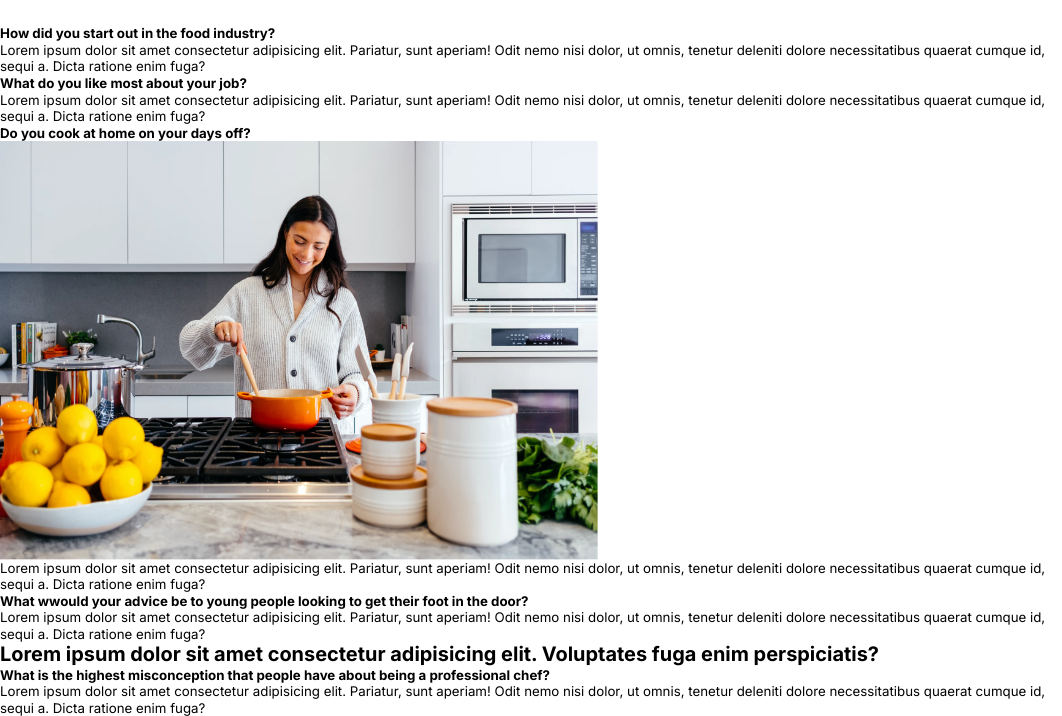
Repository: SolomonChinonso/Advanced-html-and-css-project
Page: blog.html
An editor plug-in stored every save of this project. The page is shown before and after the next save, followed by the edit.
The browser window is 1280 px wide. The pictures show the part of the page from y = 1171 to 2534 px (the page is 2034 px tall before and 2534 px after), at 83% of full size.

Above is the page before, as saved 2026-04-19 01:23:51.

### blog.html
<!DOCTYPE html>
<html lang="en">
<head>
    <meta charset="UTF-8">
    <meta name="viewport" content="width=device-width, initial-scale=1.0">
    <title>Document</title>
    <link rel="stylesheet" href="style.css">
    <link href="https://fonts.googleapis.com/css2?family=Lobster&display=swap" rel="stylesheet">
    <link href="https://fonts.googleapis.com/css2?family=Inter:wght@400;500;600;700&display=swap" rel="stylesheet">
</head>
<body>
    <header>
        <strong class="logo">Foodieland<em class="dot">.</em></strong>
        <nav>

            <ul>
                <li><a href="#">Home</a></li>
                <li><a href="#">Recipes</a></li>
                <li><a href="#">Blog</a></li>
                <li><a href="#">Contact</a></li>
                <li><a href="#">About Us</a></li>
            </ul>

        </nav>
        <section class="social-handles">
                <a href="#"><img src="./social-icons/001-facebook.png" alt="facebook" id="fb"></a>

                <a href="#"><img src="./social-icons/003-twitter.png" alt=""></a>

                <a href="#"><img src="./social-icons/004-instagram.png" alt=""></a>
        </section>
    </header>

    <section class="blog-section">
        <h1 class="blog-header">
            Full Guide to Becoming a Professional Chef
        </h1>

        <div class="editor">
            <div class="editor-profile">
                <img src="./social-icons/Ellipse 2 (1).png" alt="">
                <strong>John Smith</strong>
            </div>

            <div class="editor-date">
                <p>15 March 2022</p>
            </div>
        </div>

        <p class="head-text">
            Lorem, ipsum dolor sit amet consectetur adipisicing elit. Libero molestiae optio sit placeat perferendis in, rem quo adipisci soluta ipsam? Rerum, est autem.
        </p>

        <div class="dry-kitchen">
            <img src="./images/dry-kitchen.png" alt="">
        </div>
    </section>

    <main class="main-blog">
        <div class="query-section">
            <div class="query">
                <h4>
                    How did you start out in the food industry?
                </h4>
                <p>Lorem ipsum dolor sit amet consectetur adipisicing elit. Pariatur, sunt aperiam! Odit nemo nisi dolor, ut omnis, tenetur deleniti dolore necessitatibus quaerat cumque id, sequi a. Dicta ratione enim fuga?</p>
            </div>

            <div class="query">
                <h4>
                    What do you like most about your job?
                </h4>
                <p>Lorem ipsum dolor sit amet consectetur adipisicing elit. Pariatur, sunt aperiam! Odit nemo nisi dolor, ut omnis, tenetur deleniti dolore necessitatibus quaerat cumque id, sequi a. Dicta ratione enim fuga?</p>
            </div>

            <div class="query">
                <h4>
                    Do you cook at home on your days off?
                </h4>

                <img src="./images/wet-kitchen.png" alt="">
                <p>Lorem ipsum dolor sit amet consectetur adipisicing elit. Pariatur, sunt aperiam! Odit nemo nisi dolor, ut omnis, tenetur deleniti dolore necessitatibus quaerat cumque id, sequi a. Dicta ratione enim fuga?</p>
            </div>

            <div class="query">
                <h4>
                    What wwould your advice be to young people looking to get their foot in the door?
                </h4>
                <p>Lorem ipsum dolor sit amet consectetur adipisicing elit. Pariatur, sunt aperiam! Odit nemo nisi dolor, ut omnis, tenetur deleniti dolore necessitatibus quaerat cumque id, sequi a. Dicta ratione enim fuga?</p>
            </div>

            <div class="action">
                <h2>
                    Lorem ipsum dolor sit amet consectetur adipisicing elit. Voluptates fuga enim perspiciatis?
                </h2>
            </div>

            <div class="query">
                <h4>
                    What is the highest misconception that people have about being a professional chef?
                </h4>
                <p>Lorem ipsum dolor sit amet consectetur adipisicing elit. Pariatur, sunt aperiam! Odit nemo nisi dolor, ut omnis, tenetur deleniti dolore necessitatibus quaerat cumque id, sequi a. Dicta ratione enim fuga?</p>
            </div>
        </div>
    </main>
</body>
</html>

### style.css
* {
  margin: 0;
  padding: 0;
  box-sizing: border-box;
}

body {
  width: 100%;
  font-family: Inter, sans-serif;
  background-color: #ffffff;
}

header {
  display: flex;
  justify-content: space-between;
  align-items: center;
  padding: 15px 20px;
  border-bottom: 1px solid #e5e7eb;

}

.logo {
  font-family: Lobster, cursive;
  font-size: 24px;
  font-weight: 400;
}

.dot {
  color: rgb(251, 207, 47);
}

nav ul {
  display: flex;
  align-items: center;
  gap: 35px;
  list-style: none;
}

nav ul li a {
  text-decoration: none;
  color: #000;
  font-size: 14px;
  font-weight: 500;
  transition: color 0.3s ease;
}

nav ul li a:hover {
  color: #f59e0b;
}
nav ul li a:active{
    color: rgb(206, 128, 128);
}
nav ul li a:focus{
    color: rgb(181, 12, 12);
}
.social-handles {
  display: flex;
  align-items: center;
  gap: 35px;

}

.social-handles a img {
  width: 20px;
  height: 20px;
}

.social-handles a #fb{
    width: 10px;
  height: 20px;
}

.banner {
  display: flex;
  justify-content: center;
  align-items: center;
  width: 100%;
  max-width: 1300px;
  margin: 30px auto;
  position: relative;
  padding: 0 20px;
}

.badge {
  position: absolute;
  top: 5%;
  left: 50%;
  z-index: 1;
}

.badge img {
  width: 120px;
}

.banner-section {
  display: flex;
  border-radius: 40px;
  overflow: hidden;
  min-height: 600px;
}

.details,
.banner-img {
  flex: 1;
  width: 55%;
}


.details {
  background-color: #e7fafe;
  padding: 40px;
  display: flex;
  flex-direction: column;
  justify-content: center;

}

.hot-recipe {
  display: inline-flex;
  align-items: center;
  gap: 10px;
  background-color: #fff;
  padding: 12px 20px;
  border-radius: 30px;
  box-shadow: 0 4px 10px rgba(0, 0, 0, 0.08);
  font-size: 14px;
  font-weight: 600;
  width: fit-content;
}

.details h1 {
  font-size: 56px;
  line-height: 1.1;
  margin: 30px 0 20px;
  color: #000;
}

.details p {
  font-size: 16px;
  line-height: 1.8;
  color: #555;
  margin-bottom: 30px;
}

.timer-utensils {
  display: flex;
  gap: 20px;
  flex-wrap: wrap;
  margin-bottom: 40px;
}

.timer-utensils span {
  display: flex;
  align-items: center;
  gap: 10px;
  background-color: rgba(0, 0, 0, 0.06);
  padding: 10px 18px;
  border-radius: 30px;
  font-size: 14px;
}

.author-profile {
  display: flex;
  align-items: center;
  gap: 20px;
  margin-top: auto;
  flex-wrap: wrap;
}

.author-profile > span:first-child img {
  width: 50px;
  height: 50px;
}

.author-details {
  display: flex;
  flex-direction: column;
  justify-content: center;
  gap: 5px;
}

.author-details strong {
  font-size: 16px;
}

.author-details p {
  margin: 0;
  font-size: 14px;
  color: #888;
}

.viewRecipe button {
  display: flex;
  align-items: center;
  gap: 10px;
  background-color: #000;
  color: #fff;
  border: none;
  border-radius: 12px;
  padding: 15px 24px;
  font-size: 14px;
  font-weight: 500;
  cursor: pointer;
  transition: background-color 0.3s ease;
    margin-left: 90px;
}

button:hover {
  background-color: #333;
}

.banner-img img {
  width: 100%;
  height: 100%;
  object-fit: cover;
}

.category{
  display: flex;
  flex-direction: column;
  margin: 75px 30px;
}
.category-header{
    display: flex;
    justify-content: space-between;
    align-items: center;
     margin: 75px 30px;
}
.category-menus{
    display: flex;
    justify-content: space-around;
    flex-wrap: wrap;

}
.category-header h2{
    font-size: 50px;
    font-weight: 600;
}
.category-header button{
    padding: 15px 25px;
    background-color: #e7fafe;
    font-size: 15px;
    font-weight: 600;
    border-radius: 10px;
    border: none;
    cursor: pointer;

}

.category-menus div{
    padding: 30px;
    border-radius: 30px;
    text-align: center;
    font-weight: 600;

}

.category-menus div img{
    display: flex;
    margin-bottom: 30px;
}
.category-menus div:nth-child(1){
    background: linear-gradient(to top, #dae0cc, WHITE);
}
.category-menus div:nth-child(2){
    background: linear-gradient(to top, #e5f0df, WHITE);
}
.category-menus div:nth-child(3){
    background: linear-gradient(to top, #f1eae9, WHITE);
}
.category-menus div:nth-child(4){
    background: linear-gradient(to top, #f6f0e5, WHITE);
}
.category-menus div:nth-child(5){
    background: linear-gradient(to top, #f0e6e6, WHITE);
}
.category-menus div:nth-child(6){
    background: linear-gradient(to top, #f1eaea, WHITE);
}

.card img{
    width: 100%;
    height: 200px;
    object-fit: cover;
    border-radius: 10px;
}

.advert-section{
    display: flex;
    flex-direction: column;
    flex-wrap: wrap;
    justify-content: center;
    align-items: center;
    text-align: center;
}
.cards{
    display: flex;
    justify-content: center;
    align-items: center;
    flex-wrap: wrap;
    gap: 15px;
}

.card-layout{
    position: relative;
    flex: 0  calc(33.333% - 20px);
    box-sizing: border-box;
    background: linear-gradient(to top, #e7fafe, white );
    padding: 10px;
    border-radius: 20px;
    text-align: left;
}
.card-layout .timer-utensils span{
    display: flex;
    background: none;
    justify-content: left;
    padding: 0;
    padding-top: 30px;
}
.card-layout .vector{
    display: flex;
    background: white;
    padding: 10px;
    border-radius: 50%;
    position: absolute;
    right: 20px;
    top: 30px;
}
 .advert-section h1{
    margin: 50px 50px 0;
}
.advert-section .advert-text{
    width: 50%;
    padding: 30px 0 70px 0;
    line-height: 30px;
}
.card-layout .green-card{
    background: none;
}
.info{
    display: flex;
    flex-direction: column;
    flex-wrap: wrap;
    justify-content: center;
    margin-top: 100px;
    align-items: center;
     padding: 20px;
}


.learn-more{
    display: flex;
    position: relative;
}
.info-left, .info-right{
    display: flex;
    flex-direction: column;
    justify-content: center;
    /* border: 1px solid black; */
    height: 600px;
    flex-wrap: wrap;
    flex: 1;
   align-items: center;
}
.info-left{
    padding-top: 100px;
}

.info-left h1{
    font-size: 42px;
    width: 500px;
    word-spacing: 5px;
    margin-bottom: 30px;
}
.info-left p{
    font-size: 15px;
    word-spacing: 5px;
    line-height: 30px;
}
.info-left button{
    width: 30%;
    justify-content: center;
    align-items: center;
    text-align: center;
    margin-top: 100px;
    padding: 10px 30px;
    background-color: #000;
    color: white;
    border-radius: 10px;
}

.instagram-section{
    display: flex;
    flex-direction: column;
    text-align: center;
    align-items: center;
    background: linear-gradient(to top, #e7fafe, white);
    /* border: 5px solid red; */
    height: 1050px;
    width: 100%;
    padding: 120px 0;
}
.instagram-section h1{
    padding-bottom: 50px;
}
.instagram-section p{
    width: 70%;
    text-align: center;
    /* padding-bottom: 100px; */
}
button{
    cursor: pointer;
}

.insta-img img{
    width: 100%;
    object-fit: cover;
    height: 300px;
    position: relative;

}
.insta-img p{
    position: absolute;
    top: 90px;
    z-index: 1;
    left: 225px;
    background-color: rgb(70, 68, 68);
    width: 38px;
    padding: 5px;
    border-radius: 15px;
    color: white;
}

.insta-header{
    display: flex;
    flex-direction: row;
    position: relative;
}
.insta-header .logo{
    font-size: 6px;
    background-color: #000;
    color: white;
    padding: 20px 10px;
    border-radius: 50%;
    /* position: absolute; */
}
.insta-cards{
    display: flex;
    flex-direction: row;
    margin-top: 100px;
    /* flex-wrap: wrap; */
    justify-content: space-between;
    align-items: center;
    gap: 20px;
}
.insta-card{
    position: relative;
    width: 280px;
    height: 540px;
    /* border: 4px solid black; */
    background-color: white;
}
.jots{
    display: flex;
    flex-direction: row;
    gap: 20px;
    justify-content: center;
    align-items: center;

}
.insta-header{
    display: flex;
    justify-content: space-between;
    padding: 8px;
}
.japan{
    line-height: 20px;
}
.japan p{
    font-size: 13px;

}
.japan h6{
    font-size: 15px;
}
.insta-header button{
    font-size: 30px;
    display: flex;
    text-align: center;
    background: none;
    border: none;
}
.shapes{
    display: flex;
    justify-content: space-between;
    padding: 10px;
}
.insta-footer button{
    width: 30px;
    font-weight: 600;
    /* font-size: x-large; */
    display: flex;
    text-align: start;
    position: relative;
    top: -5px;
    background: none;
    border: none;
    justify-content: flex-start;
}
.insta-footer button em{
    color: #456ec4;
}
.follower-section .follower-details{
    display: flex;
}
.follower-details img{
    width: 8%;
    height: 8%;
    border-radius: 50%;
}
.follower-details{
    padding: 0px;
}
.follower-details p{
    font-size: 12px;
    width: 100%;
    padding: 0 0 20px 0;
}
.follower-section{
    display: flex;
    flex-direction: column;
    flex-wrap: wrap;
    justify-content: center;
    align-items: center;
    text-align: center;
    padding: 10px;
}
.follower-section p{
   text-align: left;
    width: 100%;
    font-size: 12px;
    gap: 20px;
}
.follower-section .date{
    padding: 20px 0;
    color: grey;
}
.insta-btn{
    display: flex;
    margin-top: 50px;
    padding: 14px 14px;
    text-align: center;
    gap: 20px;
    font-size: 15px;
    border-radius: 10px;
    background-color: #000;
    color: white;
    align-items: center;
    margin: 30px;
}
.insta-btn img{
    color: white;
    z-index: 2;
}
.recipe-section{
    /* border: 2px solid red; */
}
.recipe-header{
    display: flex;
    margin: 100px 10px 50px 10px;
    justify-content: left;
    align-items: center;
    gap: 50px;
}
.recipe-header h1{
    font-size: 55px;
}
.recipe-cards{
    display: flex;
    justify-content: center;
    align-items: center;
    flex-wrap: wrap;
    gap: 10px;
    /* border: 2px solid black; */
}
.recipe-section .recipe-cards .card-layout{
    width: 100%;
    background: none;
    flex: 0 0 calc(25% - 10px);
}
.comment-section{
    display: flex;
    flex-wrap: wrap;

    text-align: center;
    padding: 40px 0 0 0;
    background-color: #e5fafe;
    border-radius: 20px;
    overflow: hidden;
    margin: 10px;
}
.comment-section .comment-info{
    display: flex;
    flex-direction: column;
    justify-content: center;
    text-align: center;
    padding-top: 30px;
    font-size: 15px;

   line-height: 50px;
}

.comment-box{
    display: flex;
    flex-direction: row;
    justify-content: space-between;

}
.comment-box img{
    width: 10%;
    object-fit: cover;
}
.input-section{
    display: flex;
    background-color: white;
    height: 40px;
    padding: 20px;
    border-radius: 10px;
    justify-content: center;
    text-align: center;
    align-items: center;
}
.input-section input{
    padding: 12px;
    border: none;

}

.input-section button{
    display: flex;
    text-align: center;
    padding: 8px 20px;

    background-color: #000;
    color: white;
    border-radius: 10px;
}
.comment-box :nth-child(1){
    transform: translate(0px, 10px)rotate(30deg)scale(1.5);
}

.footer-section{
    display: flex;
    justify-content: space-between;
    margin: 150px 10px 50px 10px;
     border-bottom: 1px solid grey;
     flex-wrap: wrap;
}
.footer-left p{
    font-size: 12px;
    line-height: 50px;
}
.footer-section ul{
    display: flex;
    gap: 40px;
}
.footer-section ul li{
    list-style: none;

}
.footer-section ul li a{
    text-decoration: none;
    color: black;
    font-weight: 600;
    font-size: 14px;
}
footer{
    display: flex;
    justify-content: space-between;
    align-items: center;
     margin: 0 10px 30px 10px;

}
footer:nth-child(2){
    justify-content: flex-end;
}

footer p strong{
    font-weight: 400;
    color: red;
}

.blog-section{
    display: flex;
    justify-content: center;
    flex-direction: column;
    align-items: center;
}
.blog-header{
    font-size: 50px;
    padding: 100px 20px 40px 20px;
}
.editor-profile{
    display: flex;
    justify-content: center;
    align-items: center;
    gap: 20px;
    padding: 5px 80px;
    border-right: 1px solid gray;
}
.editor{
    display: flex;
    justify-content: center;
    align-items: center;

}
.editor-date{
    margin-left: 30px;
    color: gray;
}
.head-text{
    width: 80%;
    text-align: center;
    line-height: 30px;
    margin-top: 40px;
}
.dry-kitchen img{
    display: flex;
    width: 90vw;
    height: 100vh;
    object-fit: cover;
    margin: 30px 10px;
    border-radius: 20px;
}
.query{
    display: flex;
    flex-direction: column;
    padding: ;
}
.query img{
    width: 100vh;
    height: 70vh;

}

After the next save:
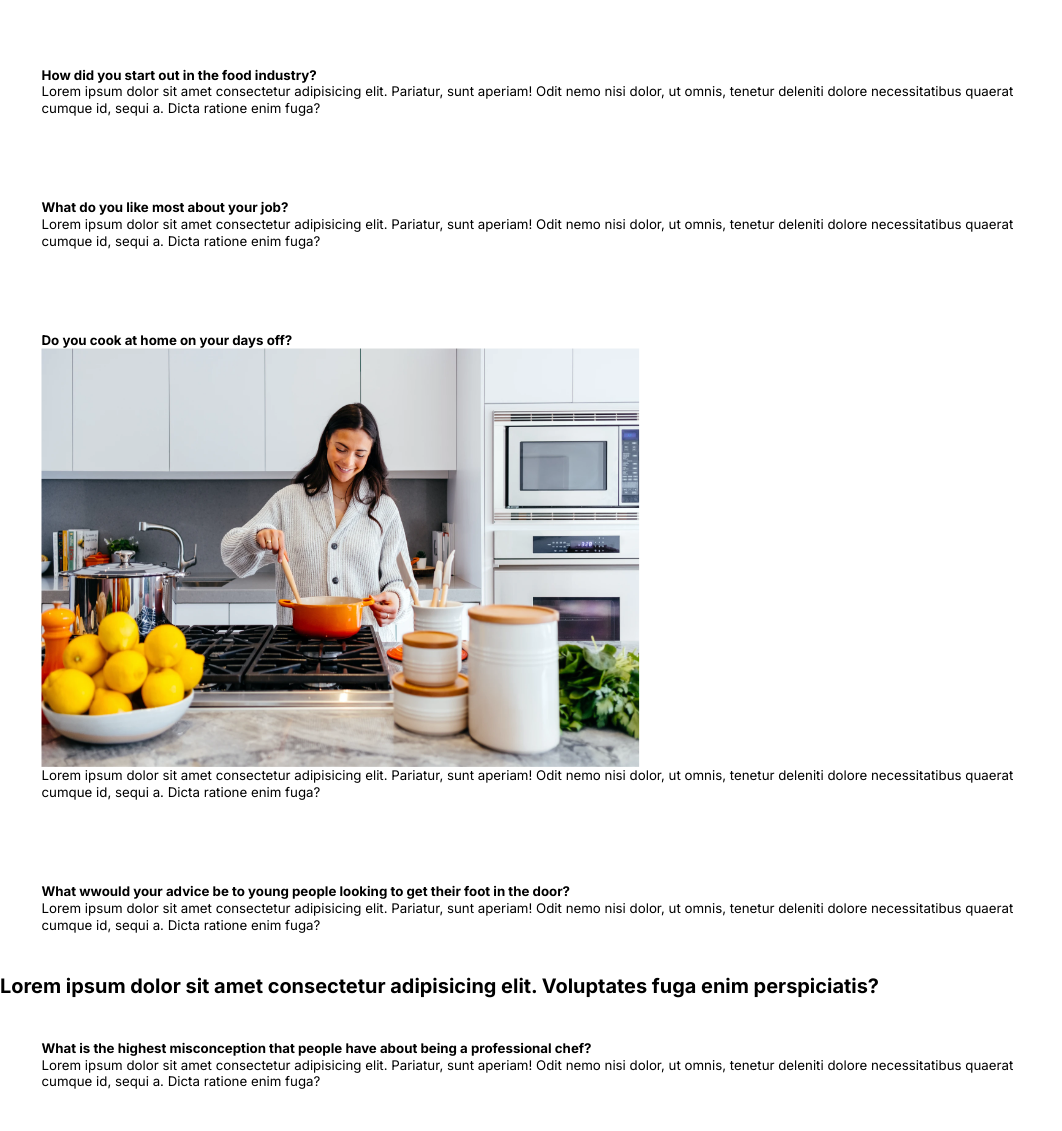
Saved 8 s later.
--- a/style.css
+++ b/style.css
@@ -735,7 +735,7 @@ footer p strong{
 .query{
     display: flex;
     flex-direction: column;
-    padding: ;
+    padding: 50px ;
 }
 .query img{
     width: 100vh;
